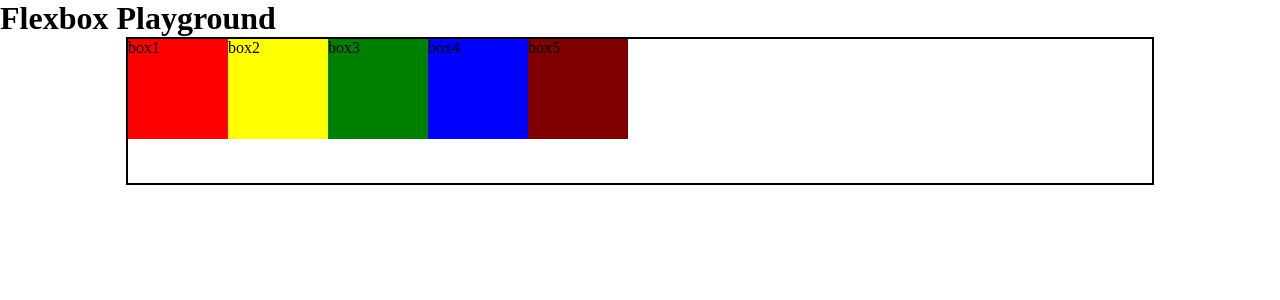
Repository: rakeshkolpepatil/CSS_Apana_College
Page: index.html
An editor plug-in stored every save of this project. The page is shown before and after the next save, followed by the edit.
The browser window is 1280 px wide. The pictures show the whole page.

Above is the page before, as saved 2023-06-24 20:43:45.

### index.html
<!DOCTYPE html>
<html lang="en">
<head>
  <meta charset="UTF-8">
  <meta name="viewport" content="width=device-width, initial-scale=1.0">
  <link rel="stylesheet" href="styleSeven.css"/>
  <title>Flexbox</title>
</head>
<body>
  <h1> Flexbox Playground </h1>
  <div id="container">
    <div id="box1" class="box"> box1 </div>
    <div id="box2" class="box"> box2 </div>
    <div id="box3" class="box"> box3 </div>
    <div id="box4" class="box"> box4 </div>
    <div id="box5" class="box"> box5 </div>
  </div>
</body>
</html>

### styleSeven.css
*{
  margin: 0px;
  padding: 0px;
}
h1{
  margin: auto;
}
#container{
  display: flex;
  border: 2px solid black;
  height: 20vh;
  width: 80vw;
  margin: auto;
}
.box{
  width: 100px;
  height: 100px;
}
#box1{
  background-color: red;
}
#box2{
  background-color: yellow;
}
#box3{
  background-color: green;
}
#box4{
  background-color: blue;
}
#box5{
  background-color: maroon;
}

After the next save:
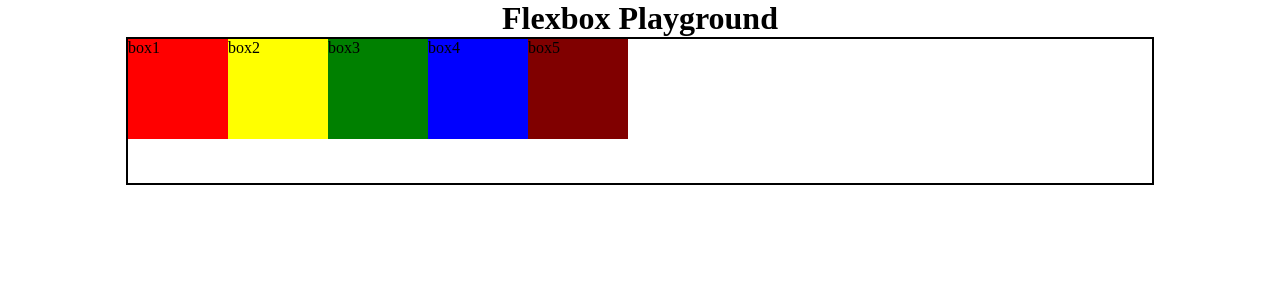
Saved 13 s later.
--- a/styleSeven.css
+++ b/styleSeven.css
@@ -3,7 +3,7 @@
   padding: 0px;
 }
 h1{
-  margin: auto;
+  text-align: center;
 }
 #container{
   display: flex;
